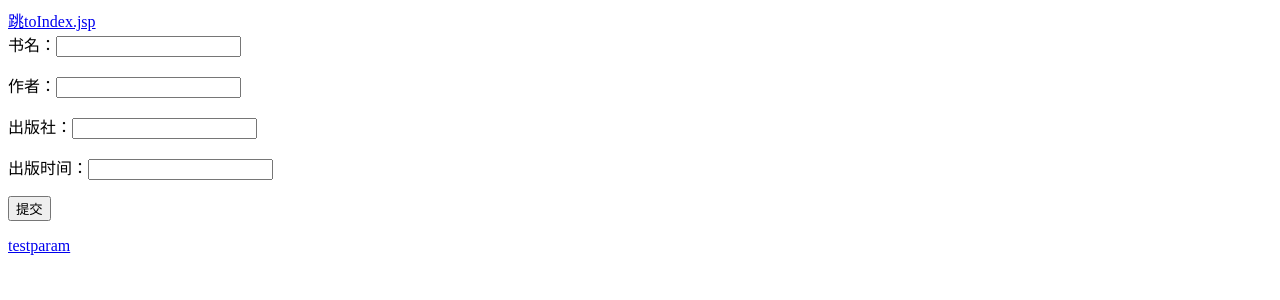
Repository: JasonYan2015/FE-learning-examples
Page: http://localhost/优普20160801_Easy_book_SSM/
The author's editor kept a copy of each file at every save. The page is drawn from the files as they stood at one save, then again after the next save.
The browser window is 1280 px wide. The pictures show the whole page.
The page is served by Tomcat 9. Other server files are loaded and not shown.

Above is the page before, as saved 2016-08-01 06:55:37.

### eclipse/优普20160801_Easy_book_SSM/WebContent/index.jsp
<%@ page language="java" contentType="text/html; charset=UTF-8"
    pageEncoding="UTF-8"%>
<!DOCTYPE html PUBLIC "-//W3C//DTD HTML 4.01 Transitional//EN" "http://www.w3.org/TR/html4/loose.dtd">
<html>
<head>
<meta http-equiv="Content-Type" content="text/html; charset=UTF-8">
<title>Insert title here</title>
</head>
<body>
	<a href="a">跳toIndex.jsp</a>
	<form action="add" method="post">						<!-- 跳转到add为控制器 -->
		书名：<input type="text" name="bookname"/><p></p>			<!--  p标签用来替代br换行 -->
		作者：<input type="text" name="author"/><p></p>
		出版社：<input type="text" name="press"/><p></p>
		出版时间：<input type="text" name="presdate"/><p></p>
		<input type="submit" value="提交"/><p></p>
	</form>

	<a href="param?name=xiaoming">testparam</a>
</body>
</html>

After the next save:
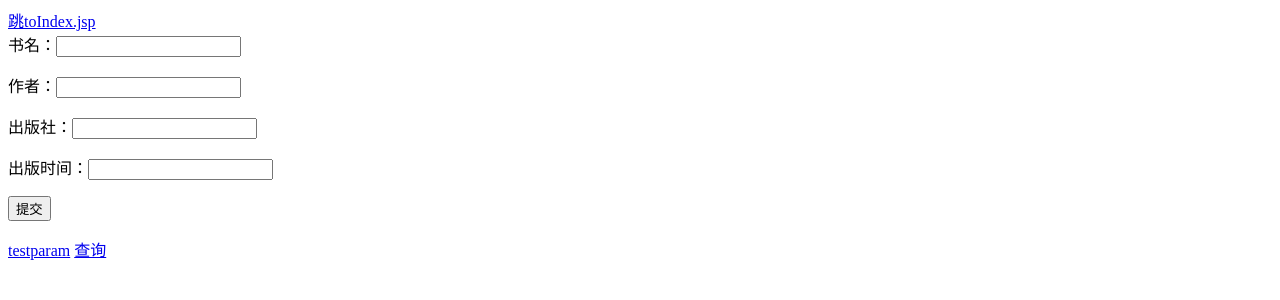
Saved 20 min 30 s later.
--- a/eclipse/优普20160801_Easy_book_SSM/WebContent/index.jsp
+++ b/eclipse/优普20160801_Easy_book_SSM/WebContent/index.jsp
@@ -17,5 +17,7 @@
 	</form>
 
 	<a href="param?name=xiaoming">testparam</a>
+
+	<a href="select">查询</a>
 </body>
 </html>
